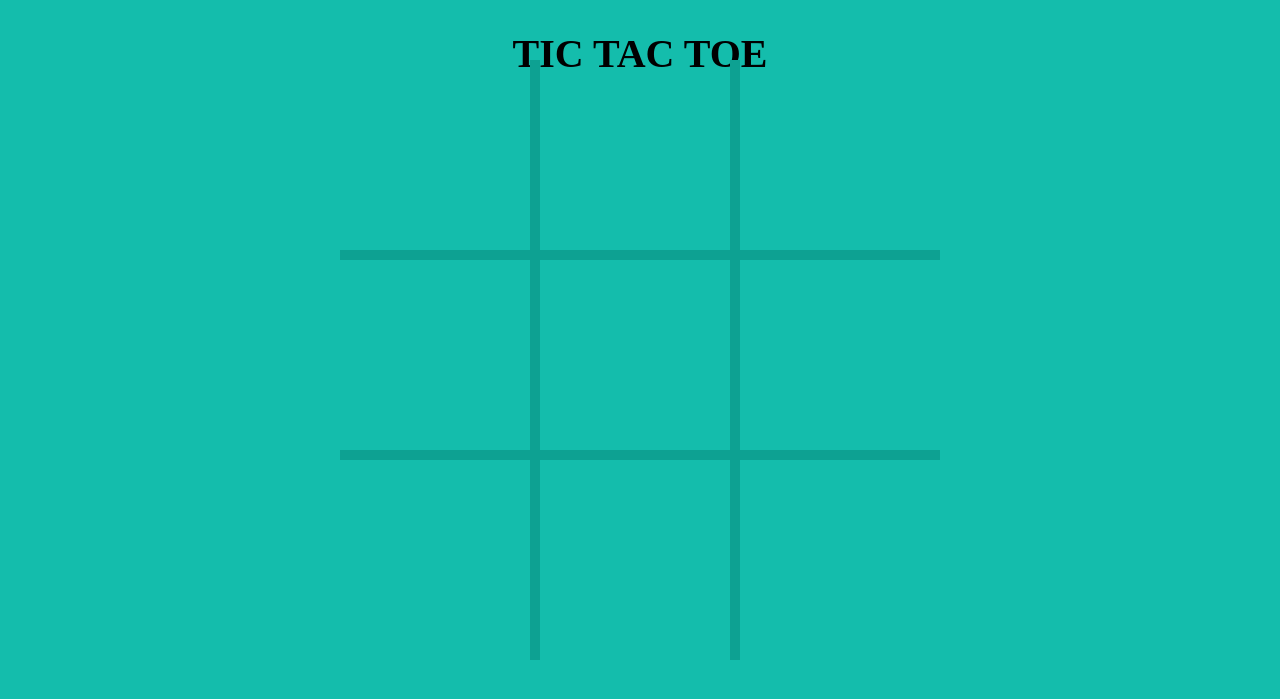
Repository: baumanmilosz/tictactoe
Page: index.html
These files come from the project's save history. The page is drawn as it stood at one moment and after the next save; the edit follows.
The browser window is 1280 px wide. The pictures show the whole page.

Above is the page before, as saved 2019-02-24 21:05:20.

After the next save:
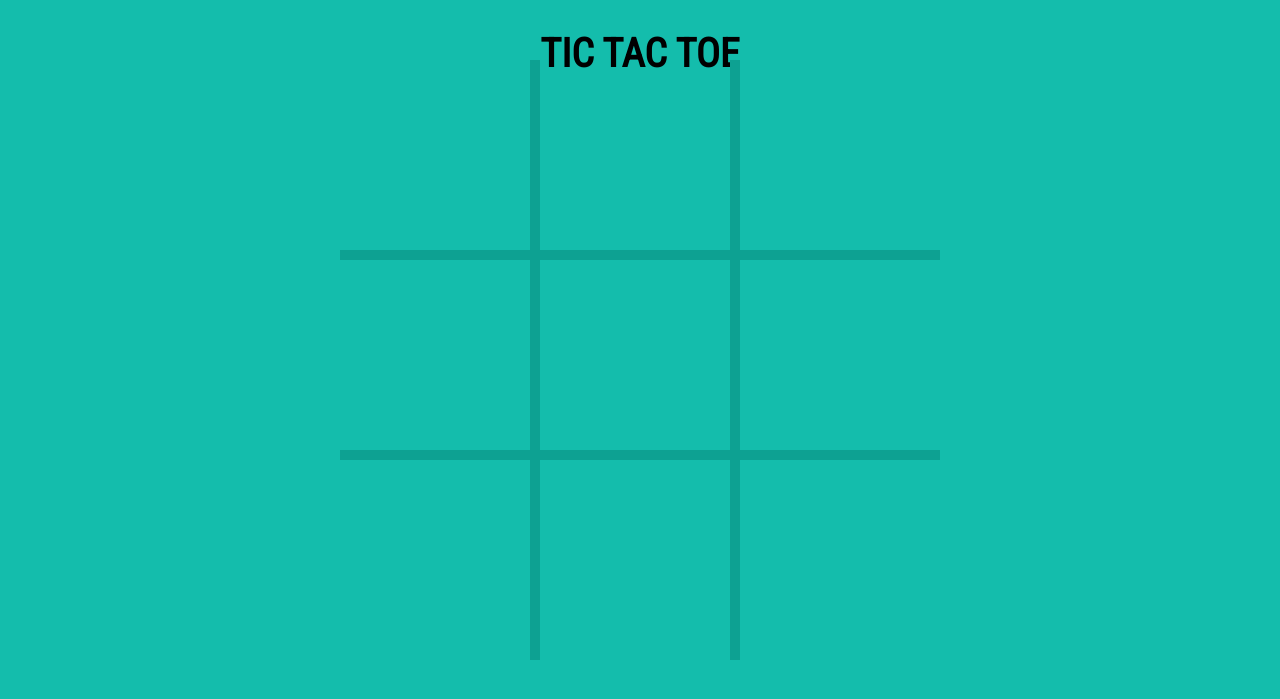
Saved 6 s later.
--- a/style.css
+++ b/style.css
@@ -5,7 +5,7 @@
 }
 
 html {
-  font-family: 'Roboto-Condensed';
+  font-family: 'Roboto Condensed';
   font-size: 10px;
 }
 
